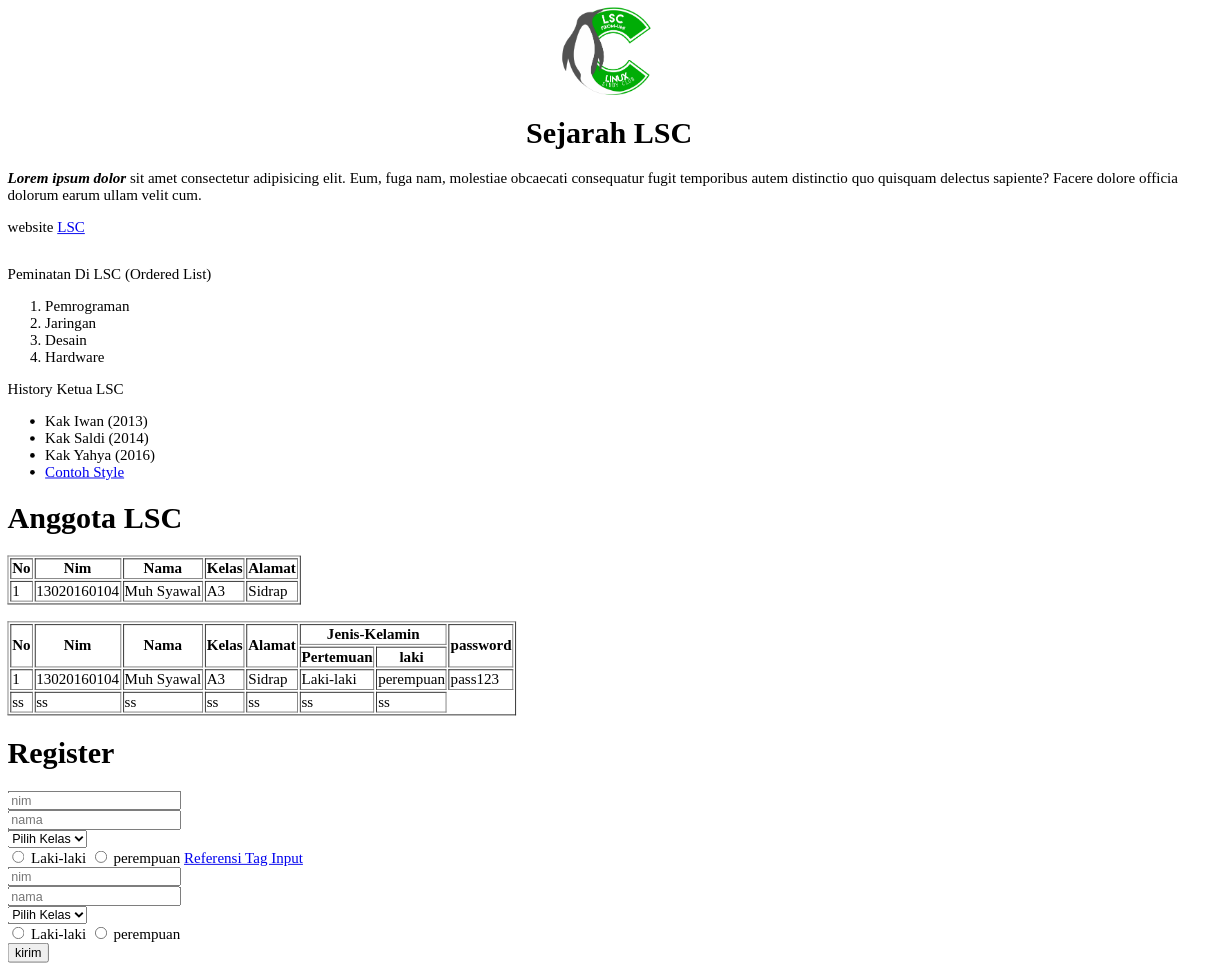
Repository: syawal2kalii/HelloWorld
Page: pertemuan 2/basichtml.htm
An editor plug-in stored every save of this project. The page is shown before and after the next save, followed by the edit.
The browser window is 1280 px wide. The page is 1288 px wide, so the pictures cover 1288 px, including what lies to the right of the window. The pictures show the whole page, at 94% of full size.

Above is the page before, as saved 2019-11-18 10:34:48.

### pertemuan 2/basichtml.htm

<!--
Pertemuan 4
Overview
    Struktur Dasar
    Struktur Tag
        *Tag,Atribute,Property
    Berkenalan Dengan Beberapa Tag
        *image
        *header
        *Paragraph
        *Text Style (Bold,italic,font)
        *a
        *list
        *Table (colspan & Rowspan)
        *input
        *form
        *link import
    Dimensi dari setiap tag (block,inline)
    Studi Case : login,register,table user (No Style)

     -->

<!DOCTYPE html>
<html lang="en">
<head>
    <meta charset="UTF-8">
    <meta name="viewport" content="width=device-width, initial-scale=1.0">
    <meta http-equiv="X-UA-Compatible" content="ie=edge">
    <title>Basic HTML (Pertemuan 5)</title>
    <link rel="stylesheet" href="basic.css">
</head>
<body>
    <!-- tag atribute value
        global -> style,class (https://www.w3.org/TR/2010/WD-html-markup-20101019/global-attributes.html)
        local -> src
    -->
    <div class="brand">
            <img src="LOGO LSC.png" alt="">
            <center id="text"><h1>Sejarah LSC</h1></center>
    </div>

    <p> <b><i>Lorem ipsum dolor</i></b>  sit amet consectetur adipisicing elit. Eum, fuga nam,
         molestiae obcaecati consequatur fugit temporibus autem distinctio quo quisquam
          delectus sapiente? Facere dolore officia dolorum earum ullam velit cum. </p>

    <p>website <a href="http://www.lscumi.info.tm">LSC</a> </p>
    <img src="" alt="">
   <p> Peminatan Di LSC (Ordered List) </p>
    <ol>
        <li>Pemrograman</li>
        <li>Jaringan</li>
        <li>Desain</li>
        <li>Hardware</li>
    </ol>

    <p>History Ketua LSC</p>
    <ul>
        <li>Kak Iwan (2013)</li>
        <li>Kak Saldi (2014)</li>
        <li>Kak Yahya (2016)</li>
        <li><a href="https://www.w3schools.com/html/html_lists.asp">Contoh Style</a></li>
    </ul>

    <h1>Anggota LSC</h1>
    <table border="1"> <!-- tag pembuka -->
        <tr> <!-- table row -->
            <th>No</th> <!-- table Head -->
            <th>Nim</th>
            <th>Nama</th>
            <th>Kelas</th>
            <th>Alamat</th>
        </tr>
        <tr>
            <td>1</td> <!-- table Data -->
            <td>13020160104</td> <!-- table Data -->
            <td>Muh Syawal</td> <!-- table Data -->
            <td>A3</td> <!-- table Data -->
            <td>Sidrap</td> <!-- table Data -->
        </tr>
    </table> <!-- tag penutup -->

    <table border="1">

        <tr>
            <th rowspan="2">No</th>
            <th rowspan="2">Nim</th>
            <th rowspan="2">Nama</th>
            <th rowspan="2">Kelas</th>
            <th rowspan="2">Alamat</th>
            <th colspan="2">Jenis-Kelamin</th>
            <th rowspan="2">password</th>
        </tr>

        <tr>

               <th>Pertemuan</td>
               <th>laki</td>

        </tr>
        <tr>
            <td>1</td>
            <td>13020160104</td>
            <td>Muh Syawal</td>
            <td>A3</td>
            <td>Sidrap</td>
            <td>Laki-laki</td>
            <td>perempuan</td>
            <td>pass123</td>
        </tr>
        <br>
        <tr>
                <td>ss</td>
                <td>ss</td>
                <td>ss</td>
                <td>ss</td>
                <td>ss</td>
                <td>ss</td>
                <td>ss</td>
            </tr>
    </table>

    <!-- tag input -->
    <h1>Register</h1>
    <input placeholder="nim" name="nim" type="number"> <br>
    <input type="text" placeholder="nama" name="nama" id=""> <br>

    <select name="kelas" id="">
        <option value="">Pilih Kelas</option>
        <option value="A1">A1</option>
        <option value="A1">A2</option>
        <option value="A1">A3</option>
        <option value="A1">A4</option>
    </select>
    <br>
    <input type="radio" name="jk" value="laki" id=""> Laki-laki
    <input type="radio" name="jk" value="laki" id=""> perempuan

    <a href="https://www.w3schools.com/tags/tag_input.asp">Referensi Tag Input</a>

    <!-- form -->
    <form action="" method="get">
            <input placeholder="nim" name="nim" type="number"> <br>
            <input type="text" placeholder="nama" name="nama" id=""> <br>

            <select name="kelas" id="">
                <option value="">Pilih Kelas</option>
                <option value="A1">A1</option>
                <option value="A1">A2</option>
                <option value="A1">A3</option>
                <option value="A1">A4</option>
            </select>
            <br>
            <input type="radio" name="jk" value="laki" id=""> Laki-laki
            <input type="radio" name="jk" value="laki" id=""> perempuan <br>
            <input type="button" value="kirim">
    </form>
    <!-- <link rel="stylesheet" href="lscumi.info.tm">Ini link ke website LSC -->


</body>


</html>

<!-- Cat
    1.tag a harus pake https
    2.fungsi name di setiap atribute (radio)
    3.perbedaan get & post
    4.atribut action pada form

-->

<!--
    Langkah :

 -->

### pertemuan 2/basic.css
/*
Pertemuan 2
Overview
    Struktur Dasar
    internal & external CSS
    Selector
    Property & Value
        color,display.position,font
    Studi Case : BasicApps(login,register,table user)

*/

/*
    *Struktur CSS

       -Selector -> Tag,Id,Class
       -property -> color
       -value -> blue

*/
body{
    width: 100%;
}

.brand{
    width: 600px;
    /* background-color: aqua; */
    margin: auto;
}

img{

    /* background-color: blue; */
    display: block;
    width: 100px;
    margin: auto;
}

text{
    font-family: 'Trebuchet MS', 'Lucida Sans Unicode', 'Lucida Grande', 'Lucida Sans', Arial, sans-serif;
}


/*
    CAT :
    multi property
    pengelompokkan div
*/

After the next save:
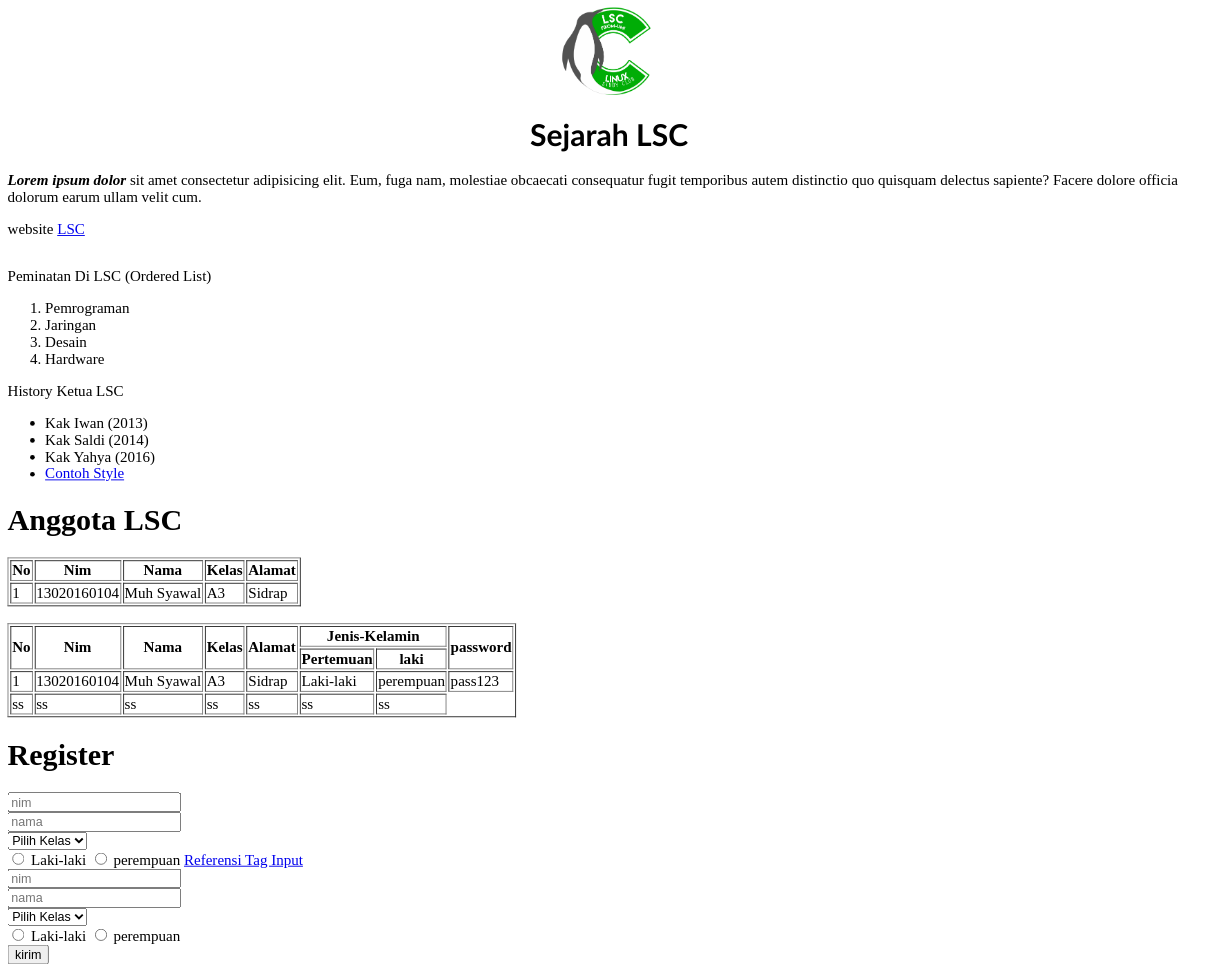
Saved 23 s later.
--- a/pertemuan 2/basic.css
+++ b/pertemuan 2/basic.css
@@ -36,7 +36,7 @@ img{
     margin: auto;
 }
 
-text{
+#text{
     font-family: 'Trebuchet MS', 'Lucida Sans Unicode', 'Lucida Grande', 'Lucida Sans', Arial, sans-serif;
 }
 
